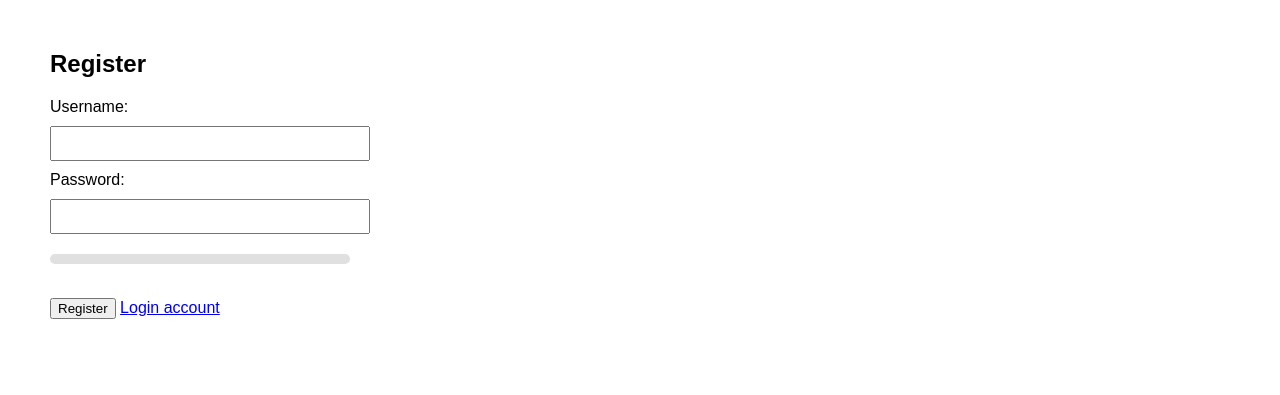
Repository: wolvicjohn/argon2
Page: http://localhost/register.php
These files come from the project's save history. The page is drawn as it stood at one moment and after a run of saves; the edit follows.
The browser window is 1280 px wide. The pictures show the whole page.
The page is run by PHP 8.4 with error messages shown; the project is at /var/www/html/.

Above is the page before, as saved 2024-10-18 02:08:09.

After the next 2 saves:
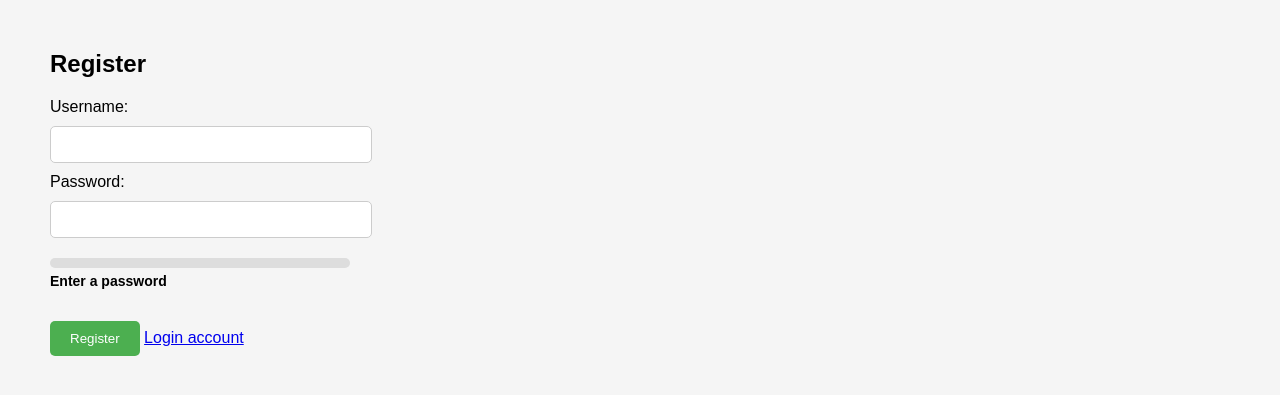
Console error: SyntaxError: Unexpected token '{'
The 2 saves are shown as one change because they came seconds apart.
The last was saved 6 s later.
--- a/register.php
+++ b/register.php
@@ -2,8 +2,8 @@
 // Database connection
 $host = 'localhost';
 $db = 'argon2_auth';
-$user = 'root';  // or your DB username
-$pass = '';      // or your DB password
+$user = 'root'; // Your database username
+$pass = '';     // Your database password
 
 $dsn = "mysql:host=$host;dbname=$db;charset=utf8mb4";
 $options = [
@@ -21,24 +21,23 @@
     $username = $_POST['username'];
     $password = $_POST['password'];
 
-    // Check if the username is already taken
+    // Check if username exists
     $stmt = $pdo->prepare('SELECT id FROM users WHERE username = ?');
     $stmt->execute([$username]);
     if ($stmt->fetch()) {
-        die('Username is already taken');
+        die('Username already taken');
     }
 
-    // Hash the password using Argon2
+    // Hash password with Argon2
     $passwordHash = password_hash($password, PASSWORD_ARGON2ID);
 
-    // Insert the new user into the database
+    // Insert user into database
     $stmt = $pdo->prepare('INSERT INTO users (username, password_hash) VALUES (?, ?)');
     $stmt->execute([$username, $passwordHash]);
 
     echo "User registered successfully!";
 }
 ?>
-
 <!DOCTYPE html>
 <html lang="en">
 
@@ -46,37 +45,60 @@
     <meta charset="UTF-8">
     <title>Register</title>
     <style>
-        /* Basic styling */
         body {
             font-family: Arial, sans-serif;
             margin: 50px;
+            background-color: #f5f5f5;
         }
+
         input {
             margin: 10px 0;
-            padding: 8px;
+            padding: 10px;
             width: 300px;
+            border: 1px solid #ccc;
+            border-radius: 5px;
         }
+
+        button {
+            padding: 10px 20px;
+            cursor: pointer;
+            background-color: #4CAF50;
+            color: white;
+            border: none;
+            border-radius: 5px;
+        }
+
         .password-strength {
             margin-top: 10px;
             height: 10px;
             width: 300px;
-            background-color: #e0e0e0;
+            background-color: #ddd;
             border-radius: 5px;
             overflow: hidden;
         }
+
         .strength-bar {
             height: 100%;
-            width: 0;
-            transition: width 0.3s;
+            width: 0%;
+            transition: width 0.3s ease-in-out;
         }
+
         .strength-weak {
             background-color: red;
         }
+
         .strength-medium {
             background-color: orange;
         }
+
         .strength-strong {
             background-color: green;
+        }
+
+        .message {
+            margin-top: 5px;
+            font-size: 14px;
+            font-weight: bold;
         }
     </style>
 </head>
@@ -90,14 +112,13 @@
         <label for="password">Password:</label><br>
         <input type="password" name="password" id="password" required><br>
 
-        <!-- Password Strength Meter -->
         <div class="password-strength">
             <div class="strength-bar" id="strength-bar"></div>
         </div>
-        <p id="strength-text"></p><br>
+        <p class="message" id="strength-text">Enter a password</p><br>
 
         <button type="submit">Register</button>
-        <a href="login.php" class="button">Login account</a>
+        <a href="login.php">Login account</a>
     </form>
 
     <script>
@@ -106,14 +127,14 @@
         const strengthText = document.getElementById('strength-text');
 
         passwordInput.addEventListener('input', () => {
-            const strength = calculateStrength(passwordInput.value);
+            const password = passwordInput.value;
+            const strength = calculateStrength(password);
             updateStrengthMeter(strength);
         });
 
         function calculateStrength(password) {
             let strength = 0;
 
-            // Criteria for password strength
             if (password.length >= 8) strength++;
             if (/[A-Z]/.test(password)) strength++;
             if (/[a-z]/.test(password)) strength++;
@@ -124,20 +145,23 @@
         }
 
         function updateStrengthMeter(strength) {
-            strengthBar.className = '';  // Reset bar style
+            // Reset the strength bar
+            strengthBar.className = 'strength-bar';
+            strengthBar.style.width = ${strength * 20}%;
 
+            // Set the color and text based on strength
             if (strength <= 1) {
-                strengthBar.style.width = '20%';
                 strengthBar.classList.add('strength-weak');
                 strengthText.textContent = 'Weak';
+                strengthText.style.color = 'red';
             } else if (strength <= 3) {
-                strengthBar.style.width = '60%';
                 strengthBar.classList.add('strength-medium');
                 strengthText.textContent = 'Medium';
+                strengthText.style.color = 'orange';
             } else {
-                strengthBar.style.width = '100%';
                 strengthBar.classList.add('strength-strong');
                 strengthText.textContent = 'Strong';
+                strengthText.style.color = 'green';
             }
         }
     </script>

After the 3 saves that followed:
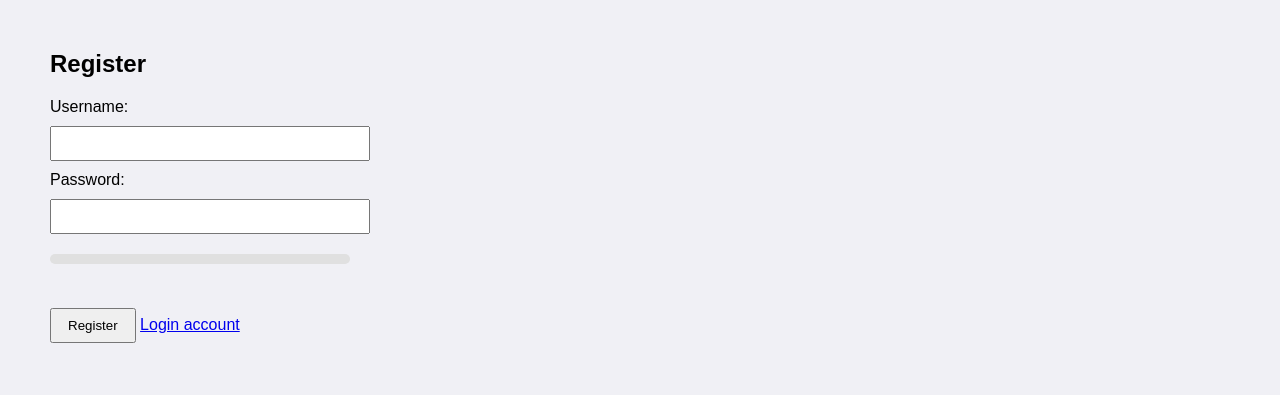
The error is gone.
The 3 saves are shown as one change because 1 left the picture as it was and some came seconds apart.
The last was saved 21 s later.
--- a/register.php
+++ b/register.php
@@ -2,8 +2,8 @@
 // Database connection
 $host = 'localhost';
 $db = 'argon2_auth';
-$user = 'root'; // Your database username
-$pass = '';     // Your database password
+$user = 'root';  // or your DB username
+$pass = '';      // or your DB password
 
 $dsn = "mysql:host=$host;dbname=$db;charset=utf8mb4";
 $options = [
@@ -21,23 +21,24 @@
     $username = $_POST['username'];
     $password = $_POST['password'];
 
-    // Check if username exists
+    // Check if the username is already taken
     $stmt = $pdo->prepare('SELECT id FROM users WHERE username = ?');
     $stmt->execute([$username]);
     if ($stmt->fetch()) {
-        die('Username already taken');
+        die('Username is already taken');
     }
 
-    // Hash password with Argon2
+    // Hash the password using Argon2
     $passwordHash = password_hash($password, PASSWORD_ARGON2ID);
 
-    // Insert user into database
+    // Insert the new user into the database
     $stmt = $pdo->prepare('INSERT INTO users (username, password_hash) VALUES (?, ?)');
     $stmt->execute([$username, $passwordHash]);
 
     echo "User registered successfully!";
 }
 ?>
+
 <!DOCTYPE html>
 <html lang="en">
 
@@ -45,42 +46,38 @@
     <meta charset="UTF-8">
     <title>Register</title>
     <style>
+        /* Basic styling */
         body {
             font-family: Arial, sans-serif;
             margin: 50px;
-            background-color: #f5f5f5;
+            background-color: #f0f0f5;
         }
 
         input {
             margin: 10px 0;
-            padding: 10px;
+            padding: 8px;
             width: 300px;
-            border: 1px solid #ccc;
-            border-radius: 5px;
         }
 
         button {
-            padding: 10px 20px;
+            padding: 8px 16px;
+            margin-top: 10px;
             cursor: pointer;
-            background-color: #4CAF50;
-            color: white;
-            border: none;
-            border-radius: 5px;
         }
 
         .password-strength {
             margin-top: 10px;
             height: 10px;
             width: 300px;
-            background-color: #ddd;
+            background-color: #e0e0e0;
             border-radius: 5px;
             overflow: hidden;
         }
 
         .strength-bar {
             height: 100%;
-            width: 0%;
-            transition: width 0.3s ease-in-out;
+            width: 0;
+            transition: width 0.3s;
         }
 
         .strength-weak {
@@ -94,12 +91,6 @@
         .strength-strong {
             background-color: green;
         }
-
-        .message {
-            margin-top: 5px;
-            font-size: 14px;
-            font-weight: bold;
-        }
     </style>
 </head>
 
@@ -112,13 +103,14 @@
         <label for="password">Password:</label><br>
         <input type="password" name="password" id="password" required><br>
 
+        <!-- Password Strength Meter -->
         <div class="password-strength">
             <div class="strength-bar" id="strength-bar"></div>
         </div>
-        <p class="message" id="strength-text">Enter a password</p><br>
+        <p id="strength-text"></p><br>
 
         <button type="submit">Register</button>
-        <a href="login.php">Login account</a>
+        <a href="login.php" class="button">Login account</a>
     </form>
 
     <script>
@@ -127,14 +119,15 @@
         const strengthText = document.getElementById('strength-text');
 
         passwordInput.addEventListener('input', () => {
-            const password = passwordInput.value;
-            const strength = calculateStrength(password);
+            console.log(passwordInput.value); // Debugging: Check input capture
+            const strength = calculateStrength(passwordInput.value);
             updateStrengthMeter(strength);
         });
 
         function calculateStrength(password) {
             let strength = 0;
 
+            // Criteria for password strength
             if (password.length >= 8) strength++;
             if (/[A-Z]/.test(password)) strength++;
             if (/[a-z]/.test(password)) strength++;
@@ -145,23 +138,20 @@
         }
 
         function updateStrengthMeter(strength) {
-            // Reset the strength bar
-            strengthBar.className = 'strength-bar';
-            strengthBar.style.width = ${strength * 20}%;
+            strengthBar.className = '';  // Reset bar style
 
-            // Set the color and text based on strength
             if (strength <= 1) {
+                strengthBar.style.width = '20%';
                 strengthBar.classList.add('strength-weak');
                 strengthText.textContent = 'Weak';
-                strengthText.style.color = 'red';
             } else if (strength <= 3) {
+                strengthBar.style.width = '60%';
                 strengthBar.classList.add('strength-medium');
                 strengthText.textContent = 'Medium';
-                strengthText.style.color = 'orange';
             } else {
+                strengthBar.style.width = '100%';
                 strengthBar.classList.add('strength-strong');
                 strengthText.textContent = 'Strong';
-                strengthText.style.color = 'green';
             }
         }
     </script>
